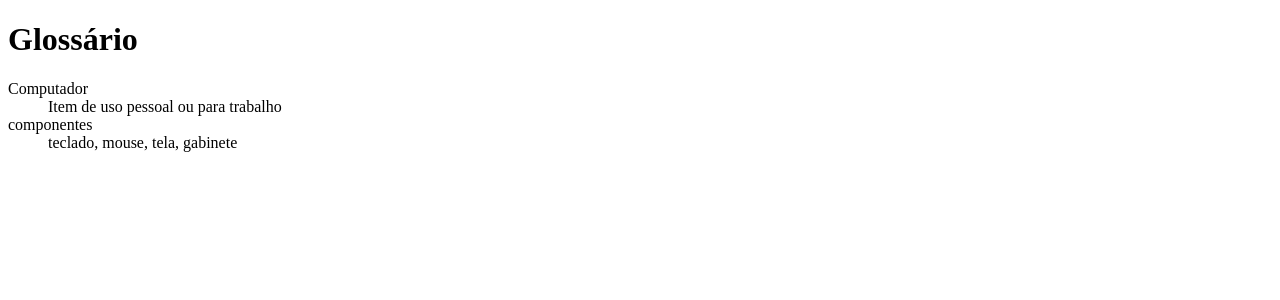
Repository: RenatoCCS/Mais1Code
Page: Rocketseat/Fundamentar/01 - O guia estelar de HTML/Desafios/1_Glossario/glossary.html
An editor plug-in stored every save of this project. The page is shown before and after the next save, followed by the edit.
The browser window is 1280 px wide. The pictures show the whole page.

Above is the page before, as saved 2022-04-18 20:32:17.

### Rocketseat/Fundamentar/01 - O guia estelar de HTML/Desafios/1_Glossario/glossary.html
<!DOCTYPE html>
<html lang="pt-br">
<head>
    <meta charset="UTF-8">
    <meta http-equiv="X-UA-Compatible" content="IE=edge">
    <meta name="viewport" content="width=device-width, initial-scale=1.0">
    <title>Glossário</title>
</head>
<body>

    <h1>Glossário</h1>
<dl>
    <dt>Computador</dt>
    <dd>Item de uso pessoal ou para trabalho</dd>

    <dt>componentes</dt>
    <dd>teclado, mouse, tela, gabinete</dd>
</dl>



</body>
</html>

After the next save:
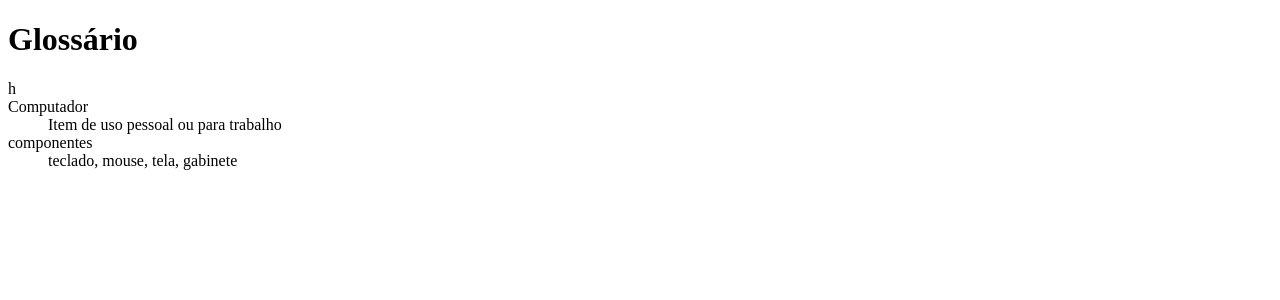
Saved 30 s later.
--- a/Rocketseat/Fundamentar/01 - O guia estelar de HTML/Desafios/1_Glossario/glossary.html
+++ b/Rocketseat/Fundamentar/01 - O guia estelar de HTML/Desafios/1_Glossario/glossary.html
@@ -10,7 +10,7 @@
 
     <h1>Glossário</h1>
 <dl>
-    <dt>Computador</dt>
+    h<dt>Computador</dt>
     <dd>Item de uso pessoal ou para trabalho</dd>
 
     <dt>componentes</dt>

After the 2 saves that followed:
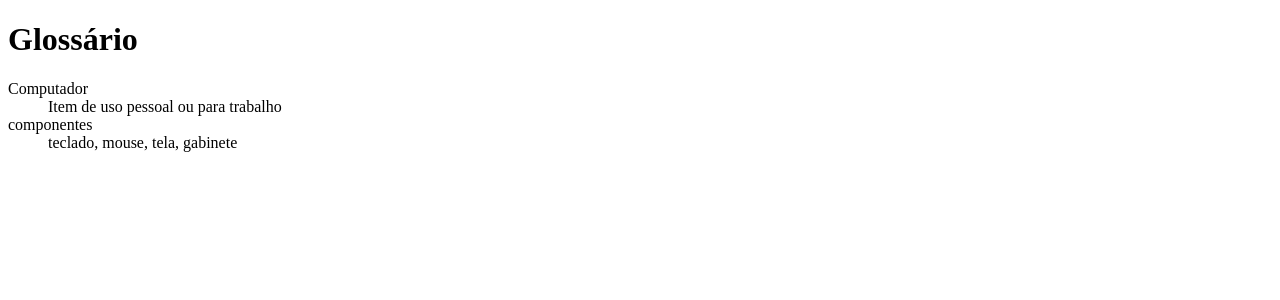
The 2 saves are shown as one change because they came seconds apart.
The last was saved 6 s later.
--- a/Rocketseat/Fundamentar/01 - O guia estelar de HTML/Desafios/1_Glossario/glossary.html
+++ b/Rocketseat/Fundamentar/01 - O guia estelar de HTML/Desafios/1_Glossario/glossary.html
@@ -10,7 +10,7 @@
 
     <h1>Glossário</h1>
 <dl>
-    h<dt>Computador</dt>
+    <h3></h3><dt>Computador</dt>
     <dd>Item de uso pessoal ou para trabalho</dd>
 
     <dt>componentes</dt>
